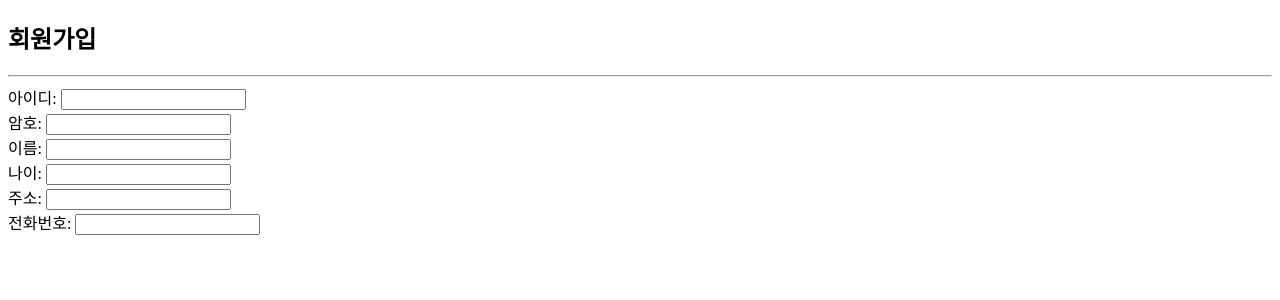
Repository: Jin0207/jsp
Page: http://localhost/day1213/inputMember.jsp
An editor plug-in stored every save of this project. The page is shown before and after a run of saves, followed by the edit.
The browser window is 1280 px wide. The pictures show the whole page.
The page is served by Tomcat 9. Other server files are loaded and not shown.

Above is the page before, as saved 2021-12-13 06:12:14.

### day1213/src/main/webapp/inputMember.jsp
<%@ page language="java" contentType="text/html; charset=EUC-KR"
    pageEncoding="EUC-KR"%>
<!DOCTYPE html>
<html>
<head>
<meta charset="EUC-KR">
<title>Insert title here</title>
</head>
<body>
	<h2>회원가입</h2>
	<hr>
	<form action="inputMemberOK.jsp" method="post">
		아이디: <input type="text" name="id"><br>
		암호: <input type="password" name="pwd"><br>
		이름: <input type="text" name="name"><br>
		나이: <input type="number" name="age"><br>
		주소: <input type="text" name="addr"><br>
		전화번호: <input type="tel" name="phone"><br>

	</form>
</body>
</html>

After the next 2 saves:
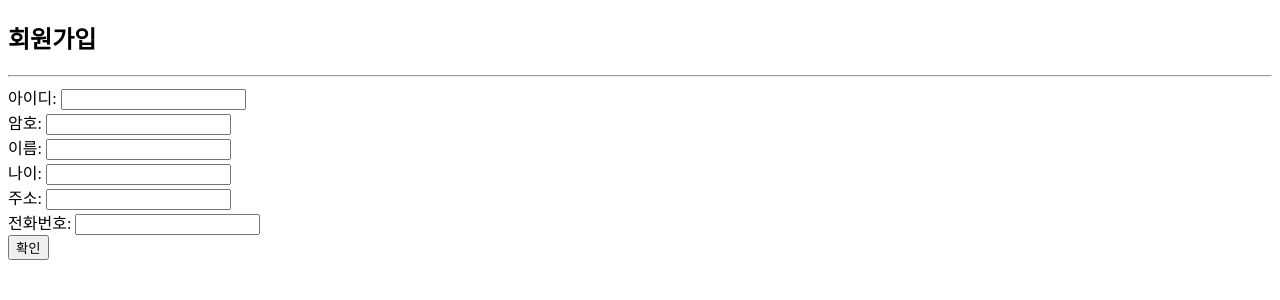
The 2 saves are shown as one change because they came seconds apart.
The last was saved 24 s later.
--- a/day1213/src/main/webapp/inputMember.jsp
+++ b/day1213/src/main/webapp/inputMember.jsp
@@ -16,7 +16,8 @@
 		나이: <input type="number" name="age"><br>
 		주소: <input type="text" name="addr"><br>
 		전화번호: <input type="tel" name="phone"><br>
+		<input type="submit" value="확인">
+	</form>
 
-	</form>
 </body>
 </html>
